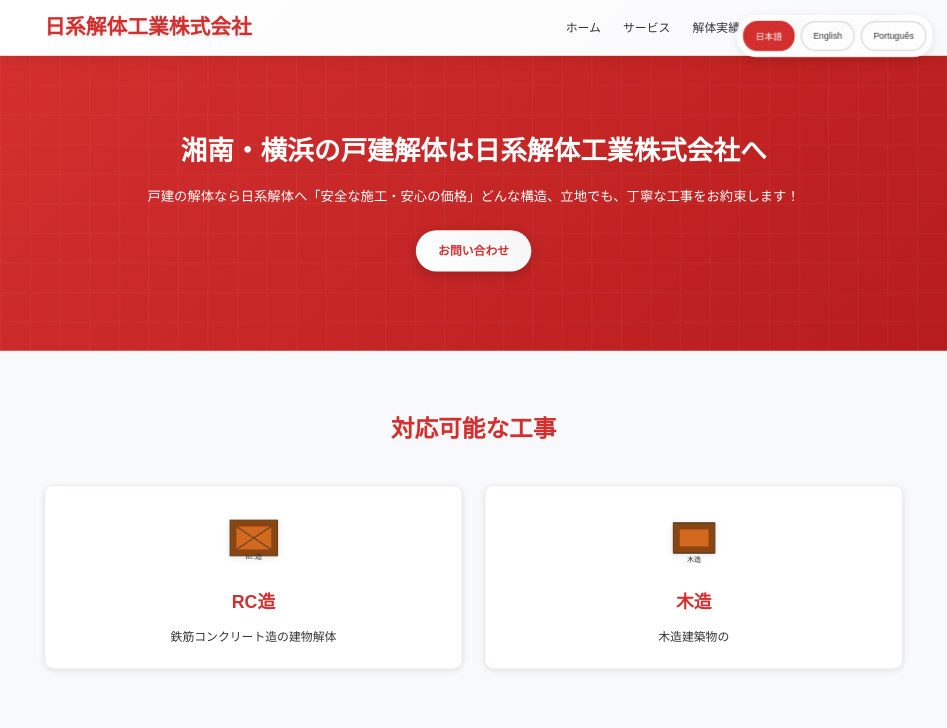
Repository: ksaitok/nkk2025-9
Page: index.html
These files come from the project's save history. The page is drawn as it stood at one moment and after the next save; the edit follows.
The browser window is 1280 px wide. The pictures show the whole page, at 74% of full size.

Above is the page before, as saved 2025-09-06 17:37:56.

After the next save:
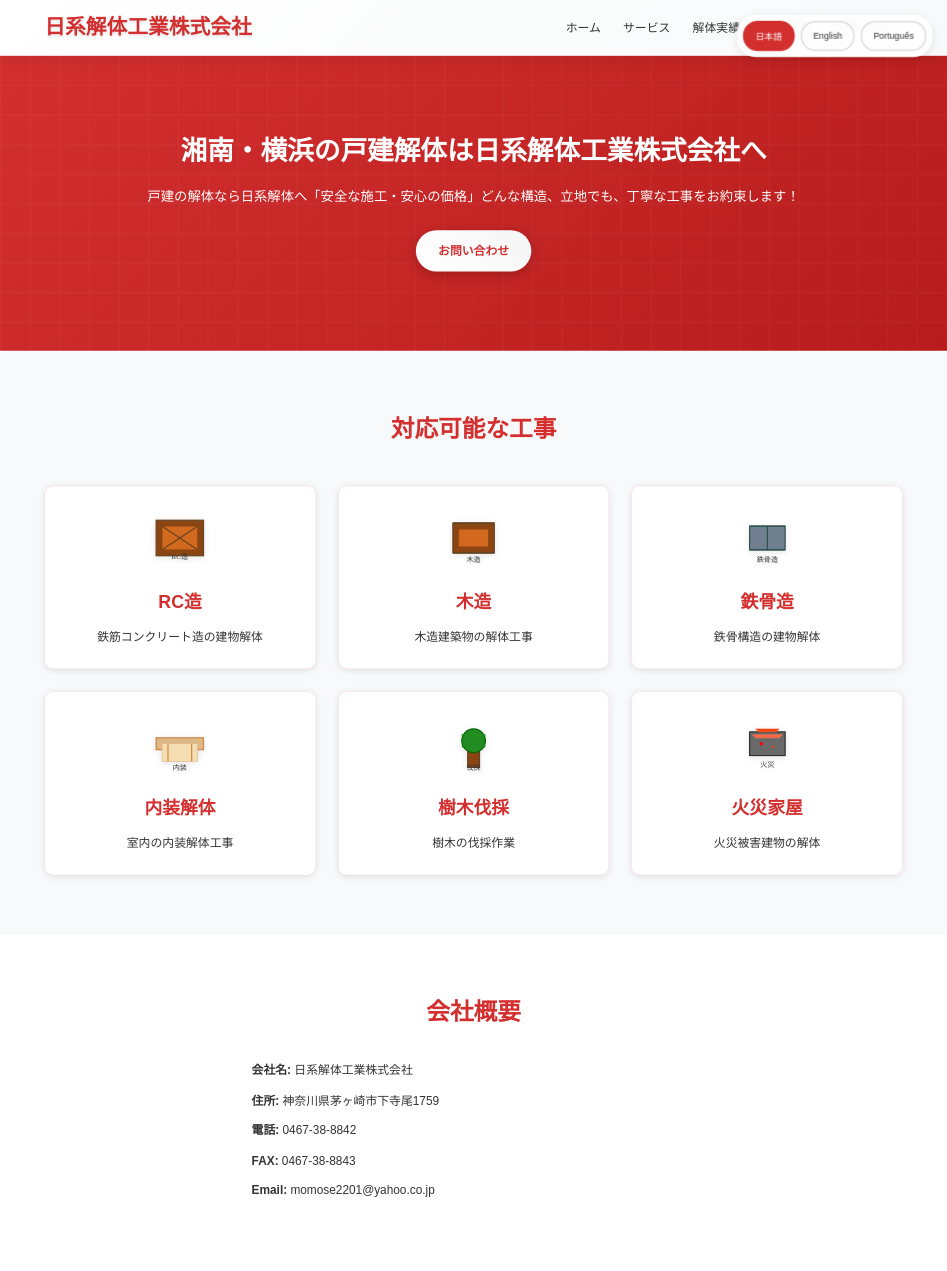
Saved 64 s later.
--- a/index.html
+++ b/index.html
@@ -149,4 +149,76 @@
                             <img src="assets/images/services/wood-structure.svg" alt="木造" width="80" height="80">
                         </div>
                         <h3>木造</h3>
-                        <p>木造建築物の
+                        <p>木造建築物の解体工事</p>
+                    </div>
+                    <div class="service-card">
+                        <div class="service-icon">
+                            <img src="assets/images/services/steel-structure.svg" alt="鉄骨造" width="80" height="80">
+                        </div>
+                        <h3>鉄骨造</h3>
+                        <p>鉄骨構造の建物解体</p>
+                    </div>
+                    <div class="service-card">
+                        <div class="service-icon">
+                            <img src="assets/images/services/interior.svg" alt="内装解体" width="80" height="80">
+                        </div>
+                        <h3>内装解体</h3>
+                        <p>室内の内装解体工事</p>
+                    </div>
+                    <div class="service-card">
+                        <div class="service-icon">
+                            <img src="assets/images/services/tree-cutting.svg" alt="樹木伐採" width="80" height="80">
+                        </div>
+                        <h3>樹木伐採</h3>
+                        <p>樹木の伐採作業</p>
+                    </div>
+                    <div class="service-card">
+                        <div class="service-icon">
+                            <img src="assets/images/services/fire-damage.svg" alt="火災家屋" width="80" height="80">
+                        </div>
+                        <h3>火災家屋</h3>
+                        <p>火災被害建物の解体</p>
+                    </div>
+                </div>
+            </div>
+        </section>
+
+        <!-- Company Info -->
+        <section id="company" class="company-section">
+            <div class="container">
+                <h2>会社概要</h2>
+                <div class="company-info">
+                    <p><strong>会社名:</strong> 日系解体工業株式会社</p>
+                    <p><strong>住所:</strong> 神奈川県茅ヶ崎市下寺尾1759</p>
+                    <p><strong>電話:</strong> 0467-38-8842</p>
+                    <p><strong>FAX:</strong> 0467-38-8843</p>
+                    <p><strong>Email:</strong> momose2201@yahoo.co.jp</p>
+                </div>
+            </div>
+        </section>
+    </div>
+
+    <!-- English Content -->
+    <div id="en-content" class="language-content">
+        <!-- Hero Section -->
+        <section id="home" class="hero-section">
+            <div class="container">
+                <div class="hero-content">
+                    <h2>House Demolition in Shonan/Yokohama - Nikkei Demolition Co., Ltd.</h2>
+                    <p>For house demolition, trust Nikkei Demolition - "Safe construction, reliable prices" We promise careful work for any structure or location!</p>
+                    <a href="#contact" class="cta-button">Contact Us</a>
+                </div>
+            </div>
+        </section>
+
+        <!-- Services Section -->
+        <section id="services" class="services-section">
+            <div class="container">
+                <h2>Available Services</h2>
+                <div class="services-grid">
+                    <div class="service-card">
+                        <div class="service-icon">
+                            <img src="assets/images/services/rc-structure.svg" alt="RC Structures" width="80" height="80">
+                        </div>
+                        <h3>RC Structures</h3>
+                        <p>Reinforced concrete building demolition</p>
